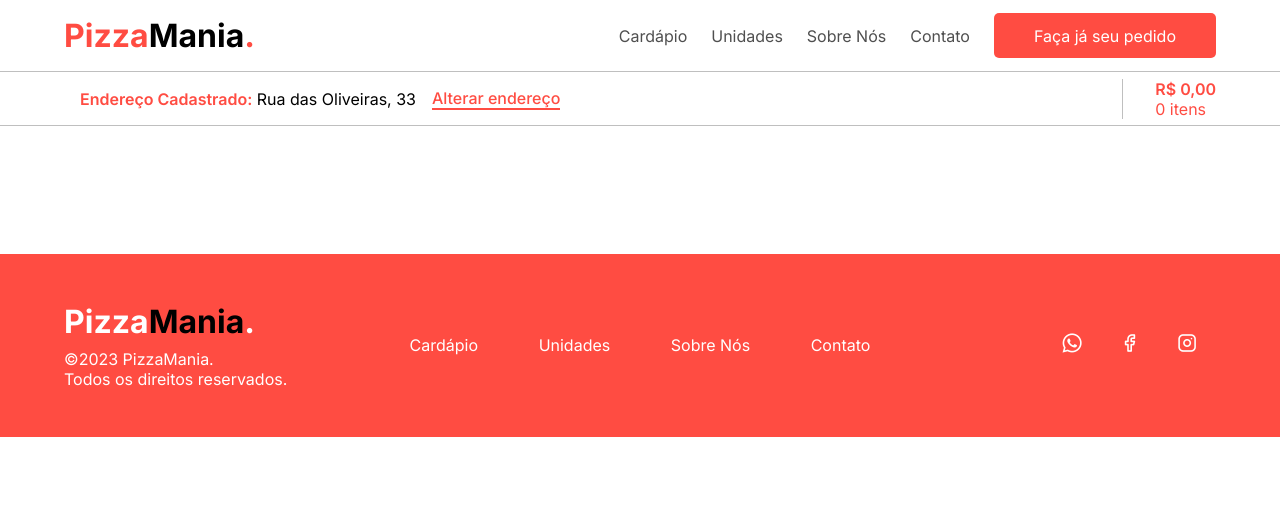
Repository: lucas-albuq/PizzaMania
Page: assets/pages/cardapio.html
These files come from the project's save history. The page is drawn as it stood at one moment and after a run of saves; the edit follows.
The browser window is 1280 px wide. The pictures show the whole page.
Some icons come from a web library that is not loaded, so they are not drawn. Some web libraries are served in a nearby version.

Above is the page before, as saved 2024-01-04 20:47:20.

After the next 2 saves:
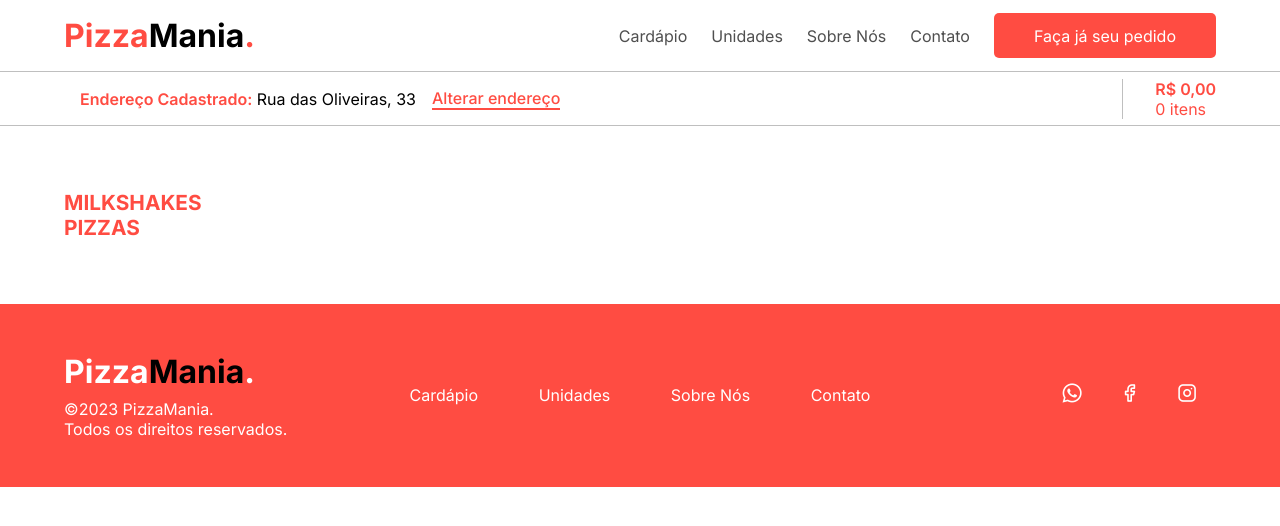
The 2 saves are shown as one change because they came seconds apart.
The last was saved 7 s later.
--- a/assets/pages/cardapio.html
+++ b/assets/pages/cardapio.html
@@ -13,10 +13,10 @@
     <main>
         <div class="categorias-cardapio">
             <div class="milkshakes">
-                <h2></h2>
+                <h2>Milkshakes</h2>
             </div>
             <div class="pizzas-salgadas">
-                <h2></h2>
+                <h2>Pizzas</h2>
             </div>
             <div class="sobremesas">
                 <h2></h2>
